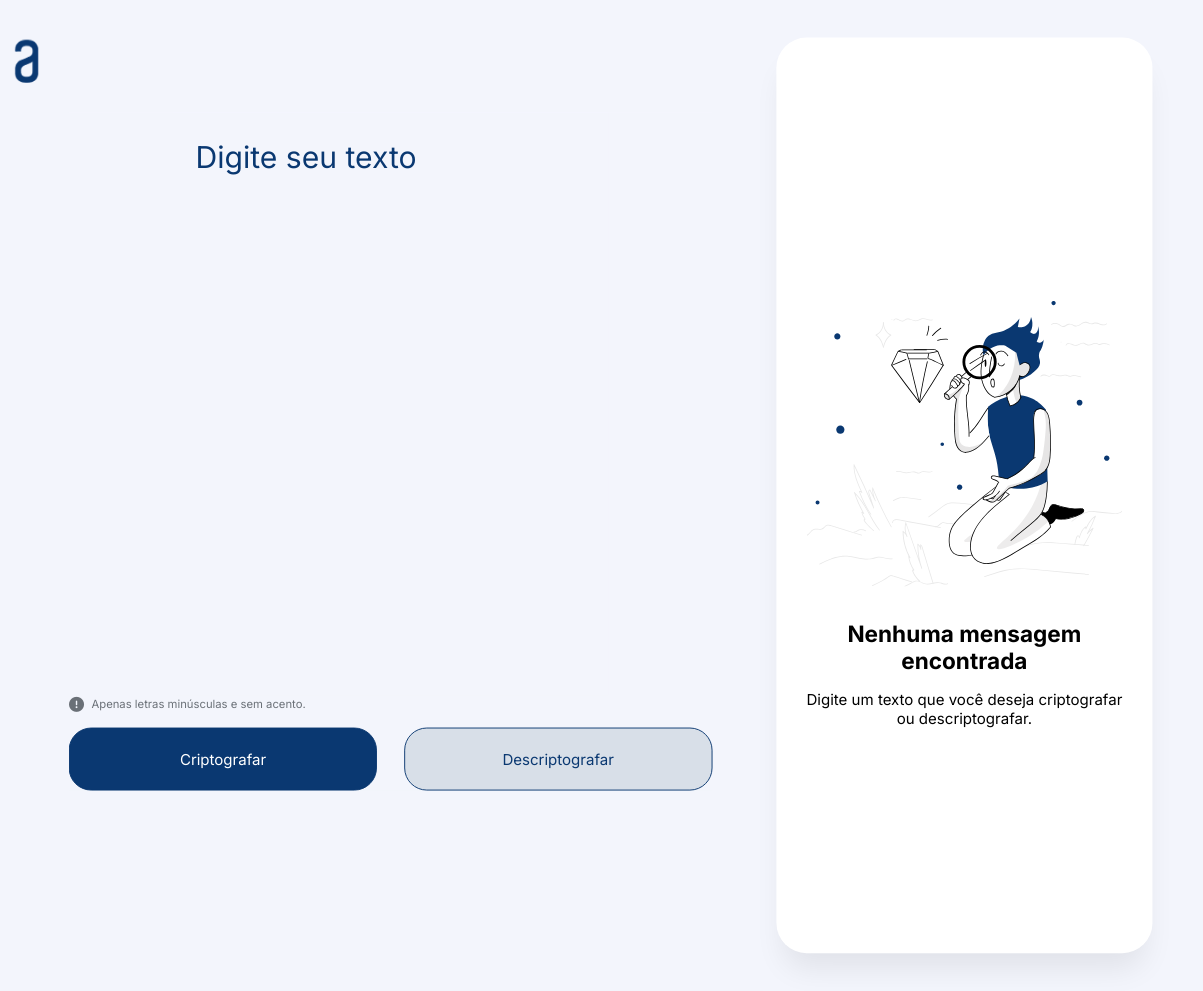
Repository: CarlosEduardoVdeOliveira/descodificador-de-texto
Page: index.html
The author's editor kept a copy of each file at every save. The page is drawn from the files as they stood at one save, then again after the next save.
The browser window is 1280 px wide. The pictures show the whole page, at 94% of full size.

Above is the page before, as saved 2023-04-15 12:49:17.

After the next save:
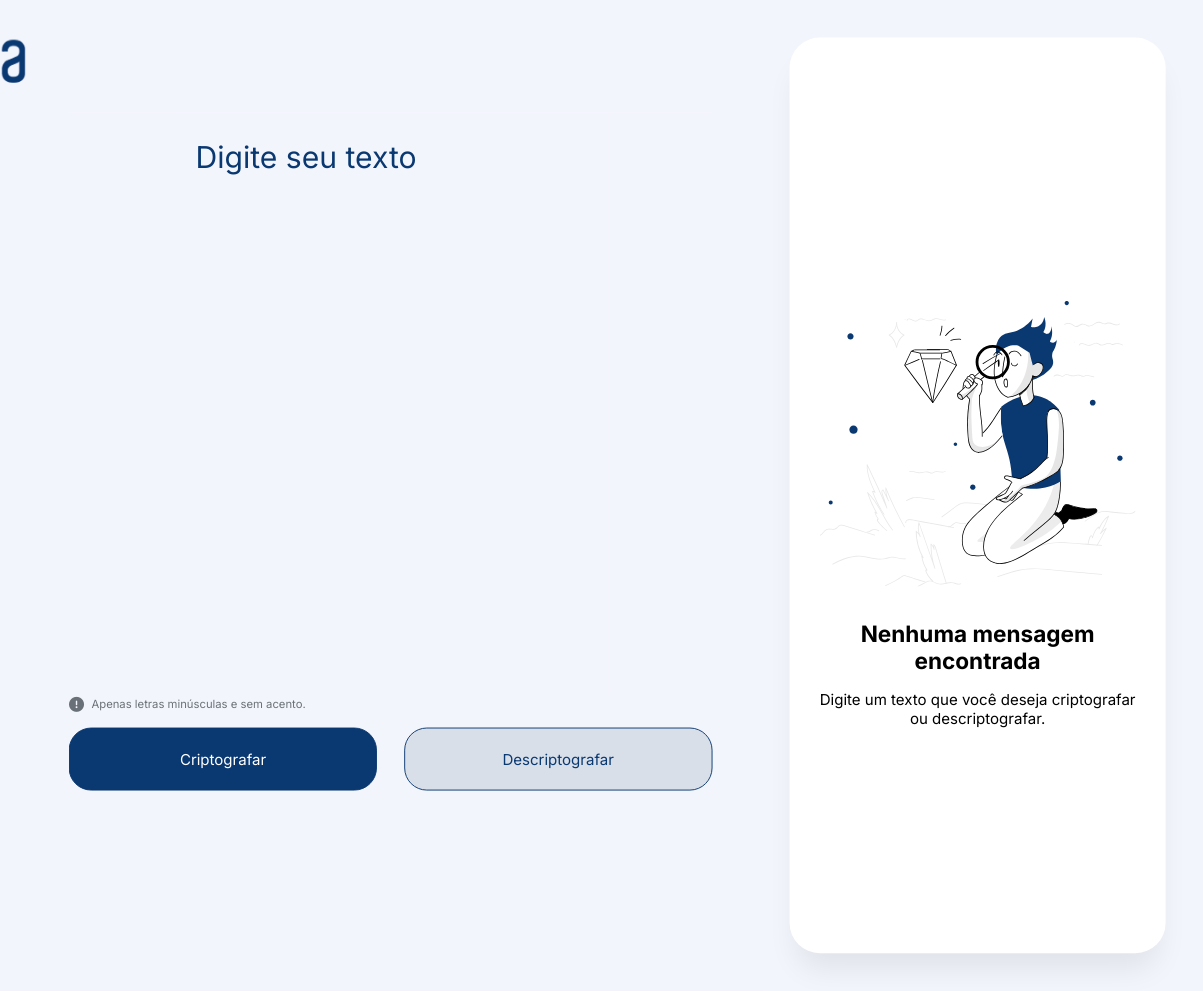
Saved 9 min 9 s later.
--- a/index.html
+++ b/index.html
@@ -19,7 +19,7 @@
    <section>
       <img src="/src/images/imageLogo2.png"
          alt='logo da Alura'>
-      <div class="highlight">
+      <section class="highlight">
          <textarea placeholder="Digite seu texto" autofocus></textarea>
          <div class="info">
             <span>
@@ -31,7 +31,7 @@
                <button class="button-decryption">Descriptografar</button>
             </div>
          </div>
-      </div>
+      </section>
       <div class="text-cryption">
          <img src="/src/images/imageHighLight.svg" alt="">
          <div>
